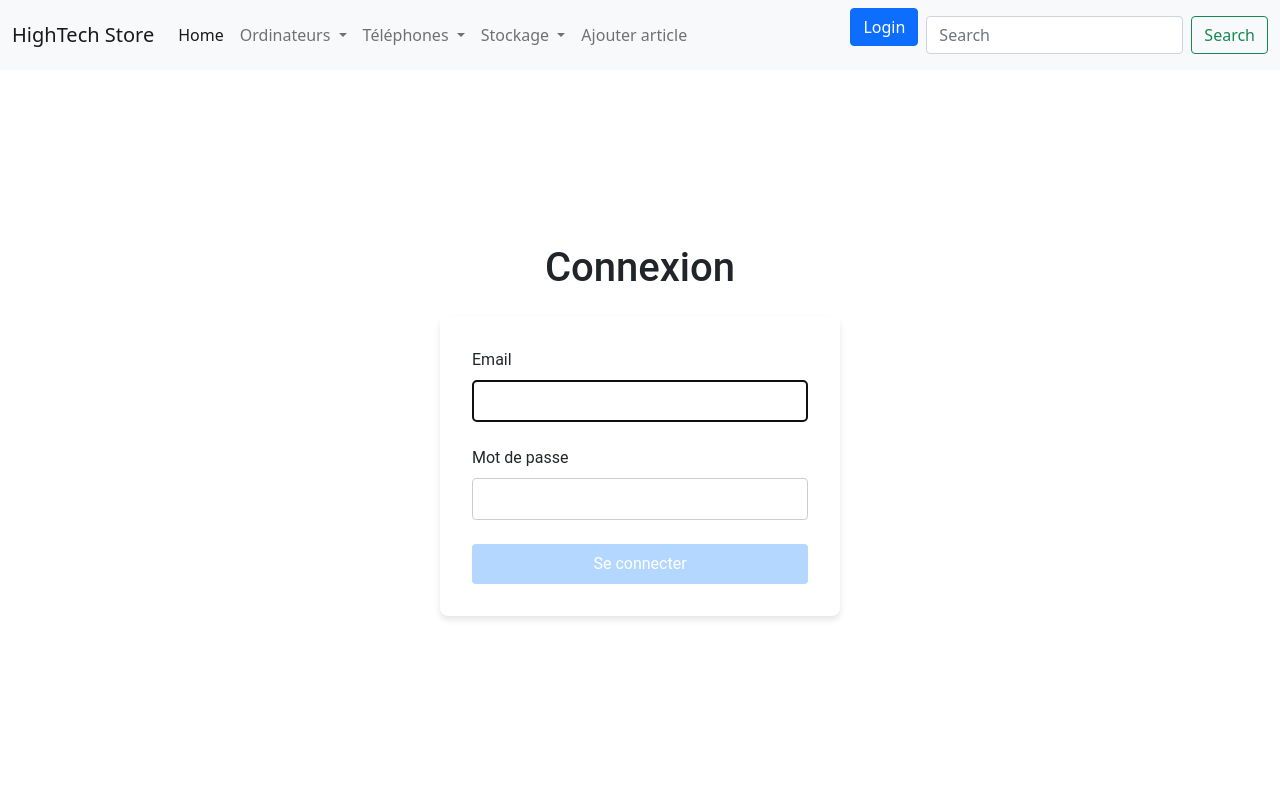
Repository: HaPhuong-krys/M1-angular
Page: /Connexion
An editor plug-in stored every save of this project. The page is shown before and after the next save, followed by the edit.
The browser window is 1280 px wide. The pictures show the whole page.
The project was rebuilt for these pictures with package versions that can differ from the ones it lists, and the page was loaded fresh each time. Also part of the build but not shown: angular.json, src/app/home/home.component.ts, src/app/pc-bureau/pc-bureau.component.ts, src/app/pc-portable/pc-portable.component.ts, src/app/ajouter-article-form/ajouter-article-form.component.ts, src/app/Model/Articles.ts, src/app/accessoire-ordi/accessoire-ordi.component.ts, src/app/smart-phone/smart-phone.component.ts and 10 more.

Above is the page before, as saved 2023-04-23 01:40:12.

### src/index.html
<!doctype html>
<html lang="en">
<head>
  <meta charset="utf-8">
  <title>HighTechStore</title>
  <base href="/">
  <meta name="viewport" content="width=device-width, initial-scale=1">
  <link rel="icon" type="image/x-icon" href="favicon.ico">
  <!-- Boostrap css -->
  <link href="https://cdn.jsdelivr.net/npm/bootstrap@5.0.2/dist/css/bootstrap.min.css"
  rel="stylesheet" integrity="sha384-EVSTQN3/azprG1Anm3QDgpJLIm9Nao0Yz1ztcQTwFspd3yD65VohhpuuCOmLASjC" crossorigin="anonymous">
</head>
<body>
  <app-root></app-root>
   <!-- Boostrap -->
  <script src="https://cdn.jsdelivr.net/npm/@popperjs/core@2.9.2/dist/umd/popper.min.js"
  integrity="sha384-IQsoLXl5PILFhosVNubq5LC7Qb9DXgDA9i+tQ8Zj3iwWAwPtgFTxbJ8NT4GN1R8p" crossorigin="anonymous"></script>
  <script src="https://cdn.jsdelivr.net/npm/bootstrap@5.0.2/dist/js/bootstrap.min.js"
  integrity="sha384-cVKIPhGWiC2Al4u+LWgxfKTRIcfu0JTxR+EQDz/bgldoEyl4H0zUF0QKbrJ0EcQF" crossorigin="anonymous"></script>
</body>
</html>

### src/app/app.module.ts
import { NgModule } from '@angular/core';
import { BrowserModule } from '@angular/platform-browser';

import { AppRoutingModule } from './app-routing.module';
import { AppComponent } from './app.component';
import { NavbarComponent } from './navbar/navbar.component';
import { HomeComponent } from './home/home.component';
import { PcPortableComponent } from './pc-portable/pc-portable.component';
import { PcBureauComponent } from './pc-bureau/pc-bureau.component';
import { ConnexionComponent } from './connexion/connexion.component';
import { PhonesModule } from './modules/phones/phones.module';
import { StockageModule } from './modules/stockage/stockage.module';
import { AjouterArticleFormComponent } from './ajouter-article-form/ajouter-article-form.component';
import {HttpClientModule} from '@angular/common/http';
import { PcPortableServiceService } from './pc-portable-service.service';
import { FormCreationArticleService } from './form-creation-article.service';
import { FooterComponent } from './footer/footer.component';
import { FormsModule } from '@angular/forms';
import { HomeService } from './home.service';
import { PcBureauServiceService } from './pc-bureau-service.service';
import { AccesOrdiServiceService } from './acces-ordi-service.service';
import { AccessoireOrdiComponent } from './accessoire-ordi/accessoire-ordi.component';
import { SmartPhoneComponent } from './smart-phone/smart-phone.component';
import { SmartPhoneServiceService } from './smart-phone-service.service';
import { TelephoneFixComponent } from './telephone-fix/telephone-fix.component';
import { TelephoneFixServiceService } from './telephone-fix-service.service';
import { AccessoireTelfixComponent } from './accessoire-telfix/accessoire-telfix.component';
import { AccesTelfixServiceService } from './acces-telfix-service.service';
import { DisqueDurComponent } from './disque-dur/disque-dur.component';
import { UsbComponent } from './usb/usb.component';
import { AccessoireStockageComponent } from './accessoire-stockage/accessoire-stockage.component';
import { DisqueDurServiceService } from './disque-dur-service.service';
import { UsersComponent } from './users/users.component';
import { DeconnexionComponent } from './deconnexion/deconnexion.component';

@NgModule({
  declarations: [
    AppComponent,
    NavbarComponent,
    HomeComponent,
    PcPortableComponent,
    PcBureauComponent,
    ConnexionComponent,
    AjouterArticleFormComponent,
    FooterComponent,
    AccessoireOrdiComponent,
    SmartPhoneComponent,
    TelephoneFixComponent,
    AccessoireTelfixComponent,
    DisqueDurComponent,
    UsbComponent,
    AccessoireStockageComponent,
    UsersComponent,
    DeconnexionComponent,


  ],
  imports: [
    BrowserModule,
    AppRoutingModule,
    PhonesModule,
    StockageModule,
    HttpClientModule,
    FormsModule
  ],
  providers: [
    PcPortableServiceService,
    FormCreationArticleService,
    HomeService,
    PcBureauServiceService,
    AccesOrdiServiceService,
    SmartPhoneServiceService,
    TelephoneFixServiceService,
    AccesTelfixServiceService,
    DisqueDurServiceService
  ],
  bootstrap: [AppComponent]
})
export class AppModule { }

### src/app/app-routing.module.ts
import { NgModule } from '@angular/core';
import { RouterModule, Routes } from '@angular/router';
import { ConnexionComponent } from './connexion/connexion.component';
import { HomeComponent } from './home/home.component';
import { PcBureauComponent } from './pc-bureau/pc-bureau.component';
import { PcPortableComponent } from './pc-portable/pc-portable.component';
import { AjouterArticleFormComponent } from './ajouter-article-form/ajouter-article-form.component';
import { AccessoireOrdiComponent } from './accessoire-ordi/accessoire-ordi.component';
import { SmartPhoneComponent } from './smart-phone/smart-phone.component';
import { TelephoneFixComponent } from './telephone-fix/telephone-fix.component';
import { AccessoireTelfixComponent } from './accessoire-telfix/accessoire-telfix.component';
import { DisqueDurComponent } from './disque-dur/disque-dur.component';
import { UsbComponent } from './usb/usb.component';
import { AccessoireStockageComponent } from './accessoire-stockage/accessoire-stockage.component';

const routes: Routes = [
  { path:'home', component:HomeComponent},
  { path: 'PcPortable', component: PcPortableComponent},
  { path: 'PcBureau', component: PcBureauComponent},
  { path: 'Connexion', component: ConnexionComponent},
  { path: 'AjouterAticleForm', component: AjouterArticleFormComponent},
  { path: 'AccessoireOrdi', component: AccessoireOrdiComponent},
  { path: 'SmartPhone', component: SmartPhoneComponent},
  { path: 'telephoneFix', component: TelephoneFixComponent},
  { path: 'AccessoireTelFix', component: AccessoireTelfixComponent},
  { path: 'DisqueDur', component: DisqueDurComponent},
  { path: 'USB', component: UsbComponent},
  { path: 'AccessoireStock', component : AccessoireStockageComponent}
];

@NgModule({
  imports: [RouterModule.forRoot(routes)],
  exports: [RouterModule]
})
export class AppRoutingModule { }

### src/app/app.component.ts
import { Component } from '@angular/core';

@Component({
  selector: 'app-root',
  templateUrl: './app.component.html',
  styleUrls: ['./app.component.css']
})
export class AppComponent {
  title = 'HighTechStore';
}

### src/app/navbar/navbar.component.ts
import { Component, OnInit } from '@angular/core';
import { Router } from '@angular/router';
import { LoginService } from '../login.service';

@Component({
  selector: 'app-navbar',
  templateUrl: './navbar.component.html',
  styleUrls: ['./navbar.component.css']
})
export class NavbarComponent implements OnInit {
  isLoggedIn$ = this.authService.isLoggedIn$;

  constructor(private authService: LoginService, private router: Router) { }

  ngOnInit(): void {
  }

  logout() {
    this.authService.logout();
    this.router.navigate(['/Connexion']);
  }

}

### src/app/connexion/connexion.component.ts
import { Component } from '@angular/core';
import { NgForm } from '@angular/forms';
import { Router } from '@angular/router';
import { LoginService } from '../login.service';

@Component({
  selector: 'app-connexion',
  templateUrl: './connexion.component.html',
  styleUrls: ['./connexion.component.css']
})
export class ConnexionComponent {
  user = {
    email: '',
    password: ''
  };

  constructor(private authService: LoginService, private router: Router) { }

  onSubmit(loginForm: NgForm) {
    if (loginForm.valid) {
      this.authService.loginUser(this.user.email, this.user.password).subscribe(
        (user) => {
          if (user) {
            console.log('Utilisateur connecté avec succès');
            this.authService.login();
            this.router.navigate(['/home']);
          } else {
            console.log('Échec de la connexion');
          }
        },
        (error) => {
          console.log('Erreur lors de la connexion', error);
        }
      );
    }
  }
}

### src/app/modules/phones/phones.module.ts
import { NgModule } from '@angular/core';
import { CommonModule } from '@angular/common';

import { PhonesRoutingModule } from './phones-routing.module';


@NgModule({
  declarations: [],
  imports: [
    CommonModule,
    PhonesRoutingModule
  ]
})
export class PhonesModule { }

### src/app/modules/stockage/stockage.module.ts
import { NgModule } from '@angular/core';
import { CommonModule } from '@angular/common';

import { StockageRoutingModule } from './stockage-routing.module';


@NgModule({
  declarations: [],
  imports: [
    CommonModule,
    StockageRoutingModule
  ]
})
export class StockageModule { }

### src/app/pc-portable-service.service.ts
import { Injectable } from '@angular/core';
import  { HttpClient, HttpClientModule } from  '@angular/common/http';
import { Observable } from 'rxjs';
import { Articles } from './Model/Articles';


@Injectable({
  providedIn: 'root'
})
export class PcPortableServiceService {
  url_portable = 'http://localhost:8080/Projet-REST-V1/articles/list/PC_Portable';

  constructor(private http:HttpClient) { }

  getArticlePcPortable():Observable<Array<Articles>>{
    return this.http.get<Array<Articles>>(this.url_portable);
  }
}

### src/app/form-creation-article.service.ts
import { Injectable } from '@angular/core';
import  { HttpClient, HttpClientModule, HttpHeaders } from  '@angular/common/http';
import { Observable } from 'rxjs';
import { Categories } from './Model/Categories';
import { Articles } from './Model/Articles';


@Injectable({
  providedIn: 'root'
})
export class FormCreationArticleService {

  url = 'http://localhost:8080/Projet-REST-V1/categories/list';

  addUrl = 'http://localhost:8080/Projet-REST-V1/articles';

  articleData: any = {};

  constructor(private http:HttpClient) { }

  getAllCategories():Observable<Array<Categories>>{
    return this.http.get<Array<Categories>>(this.url);
  }

  httpOptions = {
    headers: new HttpHeaders({ 'Content-Type': 'application/json' })
  };

  addArticle(article: Articles): Observable<Articles> {
    const url = `${this.addUrl}/add`;
    return this.http.post<Articles>(url, article, this.httpOptions);
    //return this.http.post<Articles[]>(`${this.addUrl}/add`, article);
  }

}

### src/app/home.service.ts
import { Injectable } from '@angular/core';
import  { HttpClient, HttpClientModule, HttpHeaders } from  '@angular/common/http';
import { Observable } from 'rxjs';
import { Categories } from './Model/Categories';
import { Articles } from './Model/Articles';

@Injectable({
  providedIn: 'root'
})
export class HomeService {
  url = 'http://localhost:8080/Projet-REST-V1/articles/list';
  articleData: any = {};

  constructor(private http:HttpClient) { }

  getAllArticle():Observable<Array<Articles>>{
    return this.http.get<Array<Articles>>(this.url);
  }
}

### src/app/pc-bureau-service.service.ts
import { HttpClient } from '@angular/common/http';
import { Injectable } from '@angular/core';
import { Observable } from 'rxjs';
import { Articles } from './Model/Articles';

@Injectable({
  providedIn: 'root'
})
export class PcBureauServiceService {

  url_bureau = 'http://localhost:8080/Projet-REST-V1/articles/list/PC_Bureau';

  constructor(private http:HttpClient) { }

  getArticlePcBureau():Observable<Array<Articles>>{
    return this.http.get<Array<Articles>>(this.url_bureau);
  }
}

### src/app/acces-ordi-service.service.ts
import { HttpClient } from '@angular/common/http';
import { Injectable } from '@angular/core';
import { Observable } from 'rxjs';
import { Articles } from './Model/Articles';

@Injectable({
  providedIn: 'root'
})
export class AccesOrdiServiceService {

  access_ordi = 'http://localhost:8080/Projet-REST-V1/articles/list/accessoire_ordi';
  constructor(private http:HttpClient) { }

  getArticleAccesoireOrdi(): Observable<Array<Articles>>{
    return this.http.get<Array<Articles>>(this.access_ordi);
  }
}

### src/app/smart-phone-service.service.ts
import { HttpClient } from '@angular/common/http';
import { Injectable } from '@angular/core';
import { Observable } from 'rxjs';
import { Articles } from './Model/Articles';

@Injectable({
  providedIn: 'root'
})
export class SmartPhoneServiceService {

  url_smartphone = 'http://localhost:8080/Projet-REST-V1/articles/list/smartphone';


  constructor(private http: HttpClient) { }

  getArticleSmartphone():Observable<Array<Articles>>{
    return this.http.get<Array<Articles>>(this.url_smartphone);
  }
}

### src/app/telephone-fix-service.service.ts
import { HttpClient } from '@angular/common/http';
import { Injectable } from '@angular/core';
import { Articles } from './Model/Articles';

@Injectable({
  providedIn: 'root'
})
export class TelephoneFixServiceService {
  url_telFix = 'http://localhost:8080/Projet-REST-V1/articles/list/telephoneFix';

  constructor(private http: HttpClient) { }

  getArticleTelephoneFix(){
    return this.http.get<Array<Articles>>(this.url_telFix);
  }
}

### src/app/acces-telfix-service.service.ts
import { HttpClient } from '@angular/common/http';
import { Injectable } from '@angular/core';
import { Articles } from './Model/Articles';

@Injectable({
  providedIn: 'root'
})
export class AccesTelfixServiceService {

  url_accesstel= 'http://localhost:8080/Projet-REST-V1/articles/list/accessoire_tel';

  constructor(private http:HttpClient) { }

  getArticleAccessoireTelFix(){
    return this.http.get<Array<Articles>>(this.url_accesstel);
  }

}

### src/app/disque-dur-service.service.ts
import { HttpClient } from '@angular/common/http';
import { Injectable } from '@angular/core';
import { Articles } from './Model/Articles';

@Injectable({
  providedIn: 'root'
})
export class DisqueDurServiceService {

  url_disque = 'http://localhost:8080/Projet-REST-V1/articles/list/Disque_dur';

  constructor(private http:HttpClient) { }

  getArticleDisqurDur(){
    return this.http.get<Array<Articles>>(this.url_disque);
  }

}

### src/app/navbar/navbar.component.html

<nav class="navbar navbar-expand-lg navbar-light bg-light">
    <div class="container-fluid">
      <a class="navbar-brand" routerLink="/home">HighTech Store</a>
      <button class="navbar-toggler" type="button" data-bs-toggle="collapse" data-bs-target="#navbarSupportedContent" aria-controls="navbarSupportedContent" aria-expanded="false" aria-label="Toggle navigation">
        <span class="navbar-toggler-icon"></span>
      </button>
      <div class="collapse navbar-collapse" id="navbarSupportedContent">
        <ul class="navbar-nav me-auto mb-2 mb-lg-0">
          <li class="nav-item">
            <a class="nav-link active" aria-current="page" href="/home">Home</a>
          </li>
          <li class="nav-item dropdown">
            <a class="nav-link dropdown-toggle" href="#" id="navbarDropdown" role="button" data-bs-toggle="dropdown" aria-expanded="false">
              Ordinateurs
            </a>
            <ul class="dropdown-menu" aria-labelledby="navbarDropdown">
              <li><a class="dropdown-item" routerLink="/PcPortable">Pc Portables</a></li>
              <li><a class="dropdown-item" routerLink="/PcBureau">Pc de bureau</a></li>
              <li><hr class="dropdown-divider"></li>
              <li><a class="dropdown-item" href="/AccessoireOrdi">Accessoires</a></li>
            </ul>
          </li>
          <li class="nav-item dropdown">
            <a class="nav-link dropdown-toggle" href="#" id="navbarDropdown" role="button" data-bs-toggle="dropdown" aria-expanded="false">
              Téléphones
            </a>
            <ul class="dropdown-menu" aria-labelledby="navbarDropdown">
              <li><a class="dropdown-item" routerLink="/SmartPhone">Smartphones</a></li>
              <li><a class="dropdown-item" routerLink="/telephoneFix">Téléphones Fixes</a></li>
              <li><hr class="dropdown-divider"></li>
              <li><a class="dropdown-item" href="/AccessoireTelFix">Accessoires</a></li>
            </ul>
          </li>

          <li class="nav-item dropdown">
            <a class="nav-link dropdown-toggle" href="#" id="navbarDropdown" role="button" data-bs-toggle="dropdown" aria-expanded="false">
              Stockage
            </a>
            <ul class="dropdown-menu" aria-labelledby="navbarDropdown">
              <li><a class="dropdown-item" routerLink="/DisqueDur">Disque Dur</a></li>
              <li><a class="dropdown-item" routerLink="/USB">Clé USB</a></li>
              <li><hr class="dropdown-divider"></li>
              <li><a class="dropdown-item" href="/AccessoireStock">Accessoire</a></li>
            </ul>
          </li>

          <li class="nav-item">
            <a class="nav-link" href="/AjouterAticleForm">Ajouter article</a>
          </li>


        </ul>
        <div class="ml-auto ml-2">
          <ul *ngIf="isLoggedIn$ | async">
            <a class="btn btn-danger mx-1" (click)="logout()" routerLink="/Home">Logout</a>
          </ul>
          <ul *ngIf="!(isLoggedIn$ | async)">
            <a routerLink="/Connexion" class="btn btn-primary mx-2" role="button">Login</a>
          </ul>

        </div>
        <form class="d-flex">
          <input class="form-control me-2" type="search" placeholder="Search" aria-label="Search">
          <button class="btn btn-outline-success" type="submit">Search</button>
        </form>

      </div>
    </div>
  </nav>

### src/app/login.service.ts
import { HttpClient } from '@angular/common/http';
import { Injectable } from '@angular/core';
import { Observable, BehaviorSubject } from 'rxjs';
import { Router } from '@angular/router';

export interface user {
  id: number;
  name: string;
}

@Injectable({
  providedIn: 'root'
})

export class LoginService {

  private apiUrl = 'http://localhost:8080/Projet-REST-V1/users';

  private isLoggedIn = new BehaviorSubject<boolean>(false);
  isLoggedIn$ = this.isLoggedIn.asObservable();

  login() {
    this.isLoggedIn.next(true);
  }

  logout() {
    this.isLoggedIn.next(false);
    this.router.navigate(['/Connexion']);
  }

  loginUser(email: string, password: string): Observable<any> {
    const body = { email: email, password: password };
    return this.http.post<any>(`${this.apiUrl}/login`, body);
  }

  constructor(private http: HttpClient, private router : Router) { }

}

### src/app/connexion/connexion.component.html
<!-- login.component.html -->
<div class="login-container">
    <h1>Connexion</h1>
    <div class="form-container">
    <form (submit)="onSubmit(loginForm)" #loginForm="ngForm">
      <div class="form-group">
        <label for="email">Email</label>
        <input type="text" id="email" name="username" [(ngModel)]="user.email" required autofocus>
      </div>

      <div class="form-group">
        <label for="password">Mot de passe</label>
        <input type="password" id="password" name="password" [(ngModel)]="user.password" required>
      </div>

      <button type="submit" [disabled]="!loginForm.valid">Se connecter</button>
    </form>
  </div>

### src/app/connexion/connexion.component.css
/* connexion.component.css */
/* connexion.component.css */
.login-container {
    display: flex;
    flex-direction: column;
    justify-content: center;
    align-items: center;
    min-height: 100vh;
    font-family: 'Roboto', sans-serif;
  }

  h1 {
    text-align: center;
    margin-bottom: 1.5rem;
  }

  .form-container {
    background-color: #ffffff;
    padding: 2rem;
    border-radius: 8px;
    box-shadow: 0 4px 6px rgba(0, 0, 0, 0.1);
    width: 100%;
    max-width: 400px;
  }

.form-group {
  display: flex;
  flex-direction: column;
  margin-bottom: 1.5rem;
}

label {
  margin-bottom: 0.5rem;
}

input {
  padding: 0.5rem;
  font-size: 1rem;
  border: 1px solid #cccccc;
  border-radius: 4px;
}

button {
  cursor: pointer;
  background-color: #007bff;
  color: #ffffff;
  padding: 0.5rem;
  font-size: 1rem;
  border: none;
  border-radius: 4px;
  width: 100%;
}

button:hover {
  background-color: #0069d9;
}

button:disabled {
  background-color: #b3d7ff;
  cursor: not-allowed;
}

### src/app/modules/phones/phones-routing.module.ts
import { NgModule } from '@angular/core';
import { RouterModule, Routes } from '@angular/router';

const routes: Routes = [];

@NgModule({
  imports: [RouterModule.forChild(routes)],
  exports: [RouterModule]
})
export class PhonesRoutingModule { }

### src/app/modules/stockage/stockage-routing.module.ts
import { NgModule } from '@angular/core';
import { RouterModule, Routes } from '@angular/router';

const routes: Routes = [];

@NgModule({
  imports: [RouterModule.forChild(routes)],
  exports: [RouterModule]
})
export class StockageRoutingModule { }

Loaded but not shown: src/styles.css (common file); src/main.ts (common file); src/app/app.component.html (common file); src/app/app.component.css (no stored copy; drawn as an empty file); src/app/navbar/navbar.component.css (no stored copy; drawn as an empty file)

After the next save:
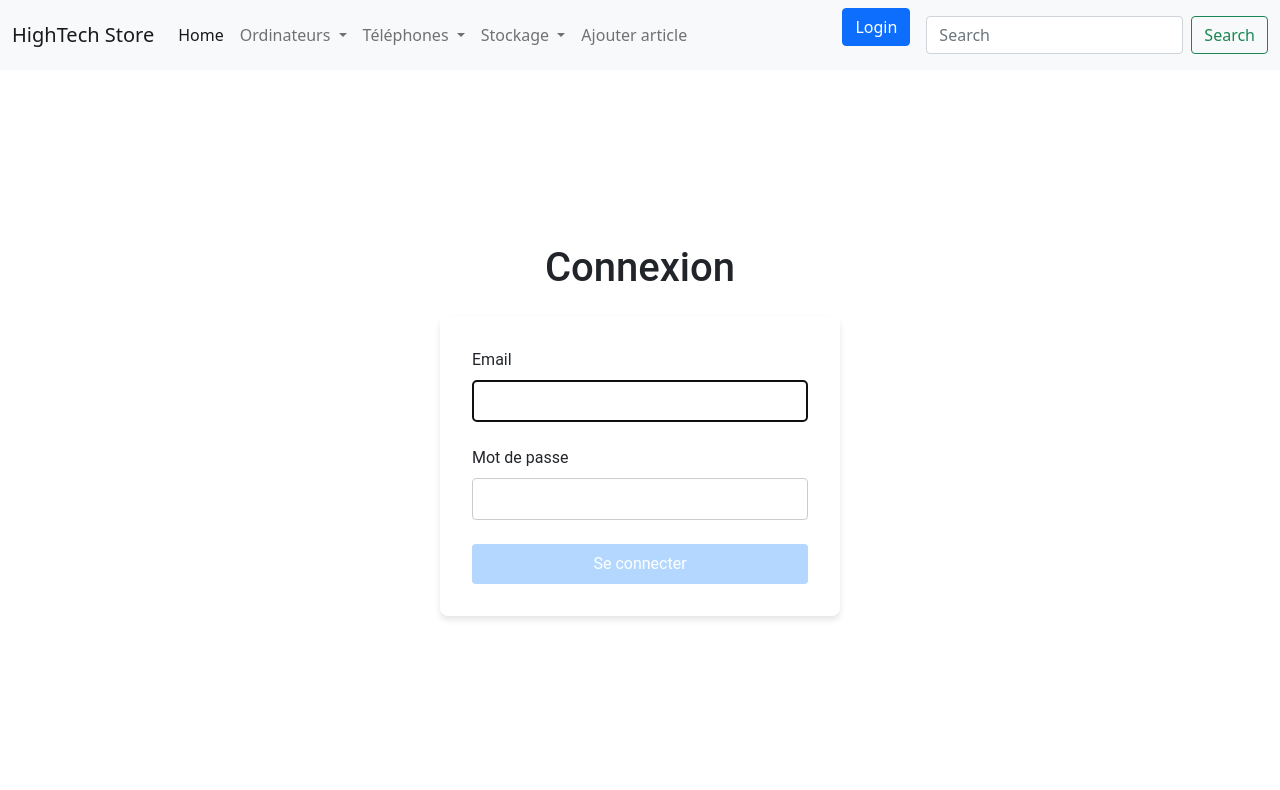
Saved 7 s later.
--- a/src/app/navbar/navbar.component.html
+++ b/src/app/navbar/navbar.component.html
@@ -56,7 +56,7 @@
             <a class="btn btn-danger mx-1" (click)="logout()" routerLink="/Home">Logout</a>
           </ul>
           <ul *ngIf="!(isLoggedIn$ | async)">
-            <a routerLink="/Connexion" class="btn btn-primary mx-2" role="button">Login</a>
+            <a routerLink="/Connexion" class="btn btn-primary mx-3" role="button">Login</a>
           </ul>
 
         </div>
